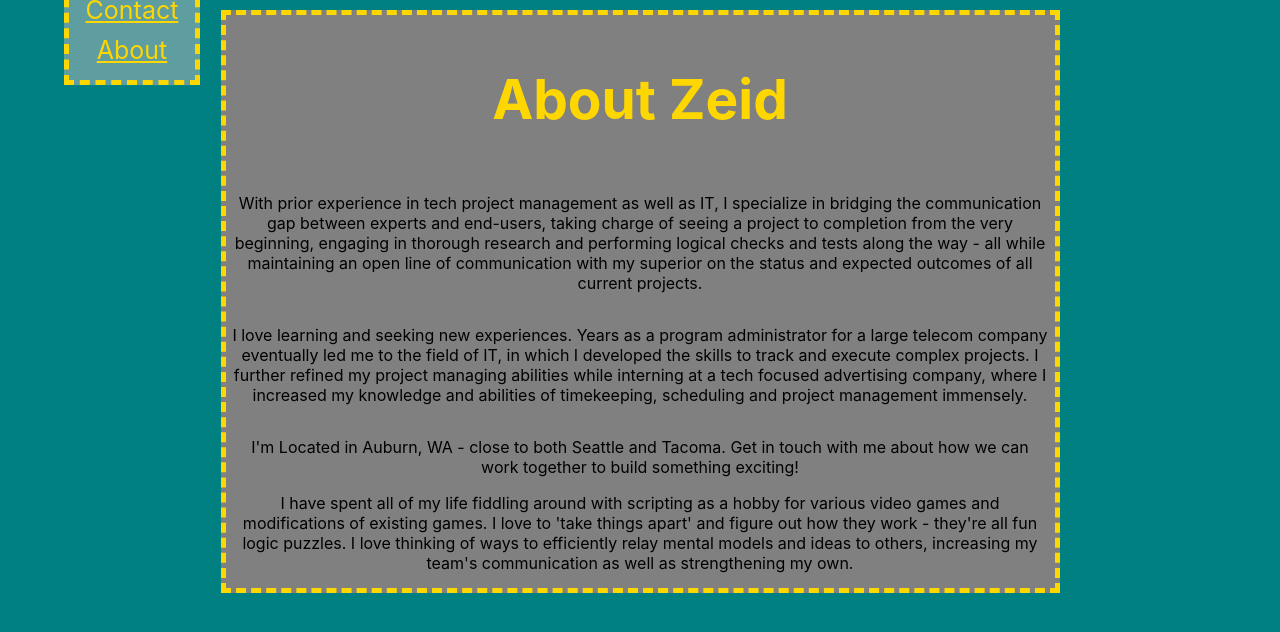
Repository: zeidalidiez/portfolioreact
Page: /
These files come from the project's save history. The page is drawn as it stood at one moment and after the next save; the edit follows.
The browser window is 1280 px wide. The pictures show the whole page.
The project was rebuilt for these pictures with package versions that can differ from the ones it lists, and the page was loaded fresh each time. Also part of the build but not shown: src/components/Thumbnail.js, src/components/Projects.js, src/components/Contact.js.

Above is the page before, as saved 2021-02-08 18:19:08.

After the next save:
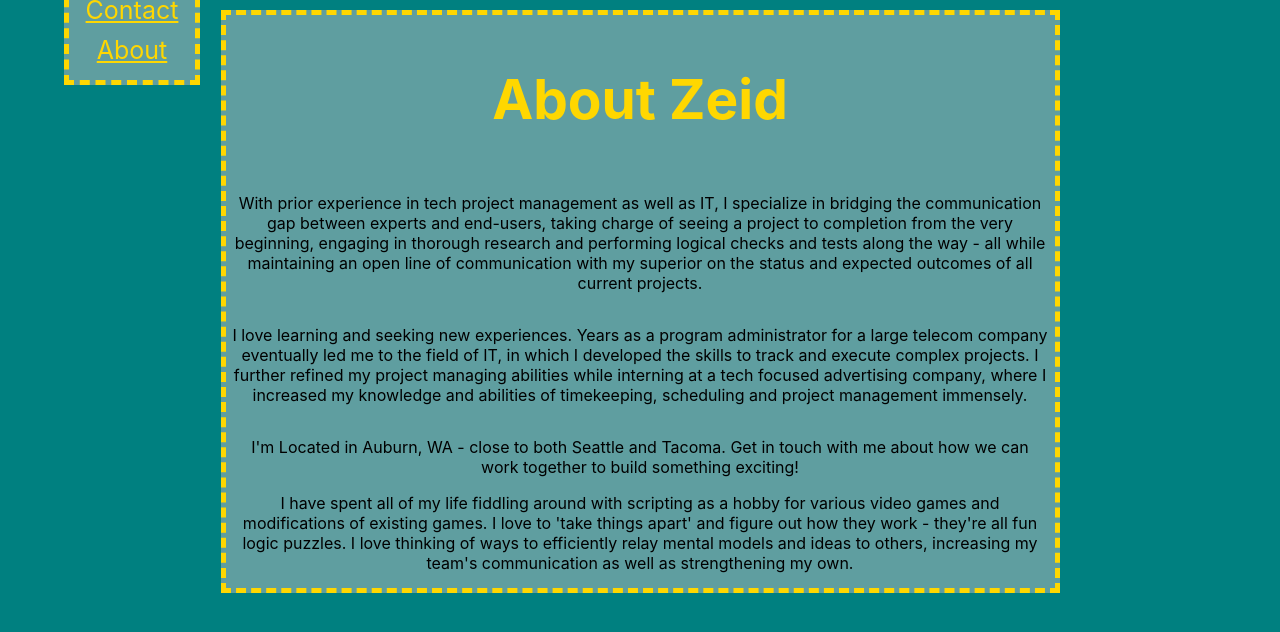
Saved 47 s later.
--- a/src/components/App.css
+++ b/src/components/App.css
@@ -98,7 +98,7 @@ a:active {
 }
 
 .aboutDiv {
-  background-color: grey;
+  background-color: cadetblue;
   width: 65%;
   justify-self: center;
   border: 5px dashed gold;
@@ -106,7 +106,7 @@ a:active {
 }
 
 form {
-  background-color: grey;
+  background-color: cadetblue;
   width: 65%;
   justify-self: center;
   padding-bottom: 60px;
